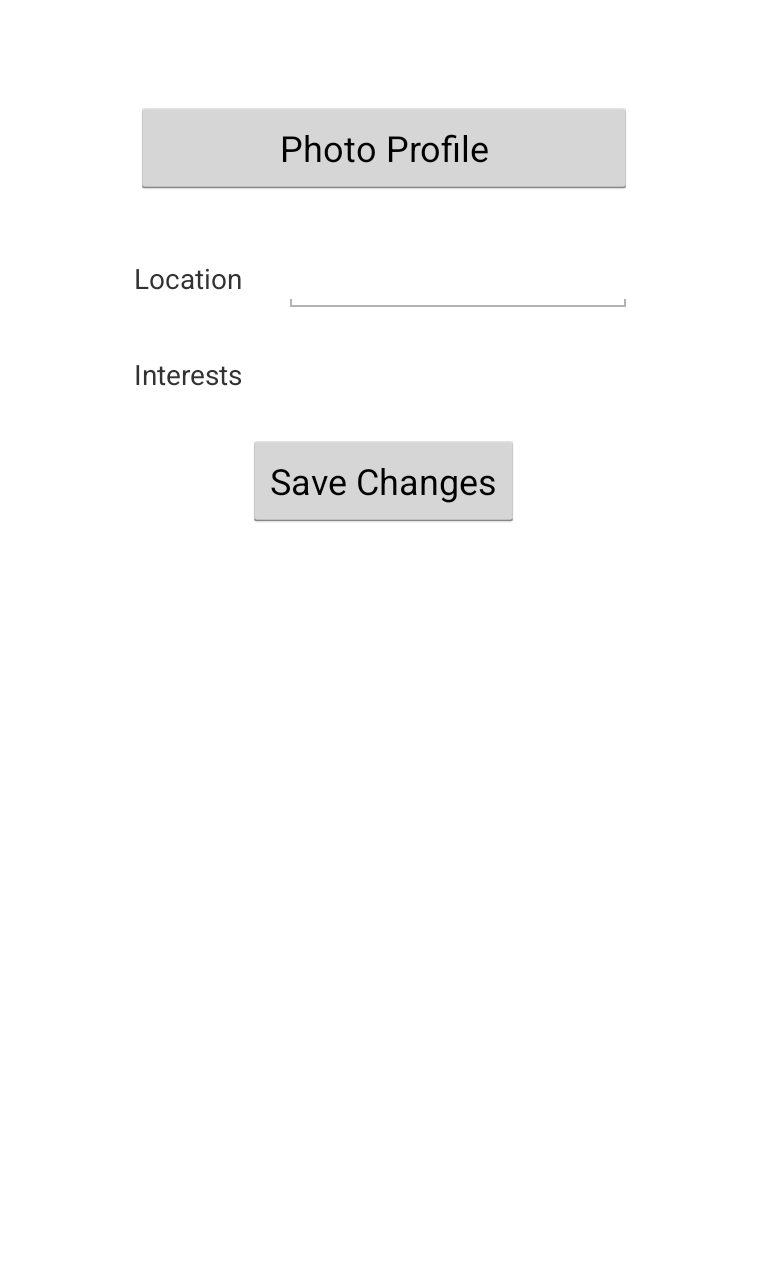
Repository: elvispap/The_Voice_of_People_Android_app
Layout: Voice of People/res/layout/profile_settings.xml
An editor plug-in stored every save of this project. The layout is shown before and after the next save, followed by the edit.
It is drawn on a 768 x 1280 px phone screen (xhdpi) without system bars, with theme AppTheme; the app's code is not run.

Above is the layout before, as saved 2014-01-07 01:42:59.

After the next save:
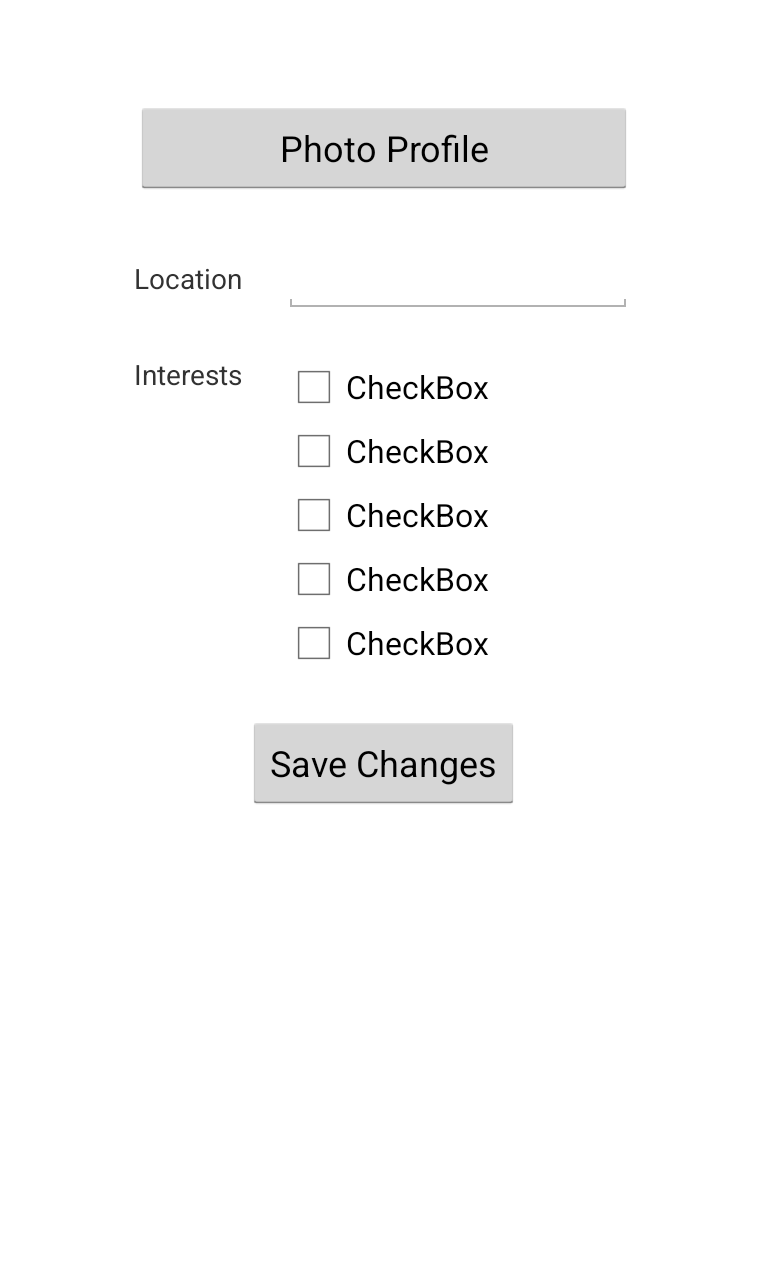
Saved 2 h 29 min later.
--- a/Voice of People/res/layout/profile_settings.xml
+++ b/Voice of People/res/layout/profile_settings.xml
@@ -61,6 +61,32 @@
 				    android:layout_gravity="center_horizontal"
 				    android:layout_marginLeft="20dp">
 
+	                <CheckBox
+	                    android:id="@+id/crime"
+	                    android:layout_width="wrap_content"
+	                    android:layout_height="wrap_content"
+	                    android:text="CheckBox" />
+	                <CheckBox
+	                    android:id="@+id/sports"
+	                    android:layout_width="wrap_content"
+	                    android:layout_height="wrap_content"
+	                    android:text="CheckBox" />
+	                <CheckBox
+	                    android:id="@+id/technology"
+	                    android:layout_width="wrap_content"
+	                    android:layout_height="wrap_content"
+	                    android:text="CheckBox" />
+	                <CheckBox
+	                    android:id="@+id/politics"
+	                    android:layout_width="wrap_content"
+	                    android:layout_height="wrap_content"
+	                    android:text="CheckBox" />
+	                <CheckBox
+	                    android:id="@+id/other"
+	                    android:layout_width="wrap_content"
+	                    android:layout_height="wrap_content"
+	                    android:text="CheckBox" />
+
 			</LinearLayout>
      </LinearLayout>
 
